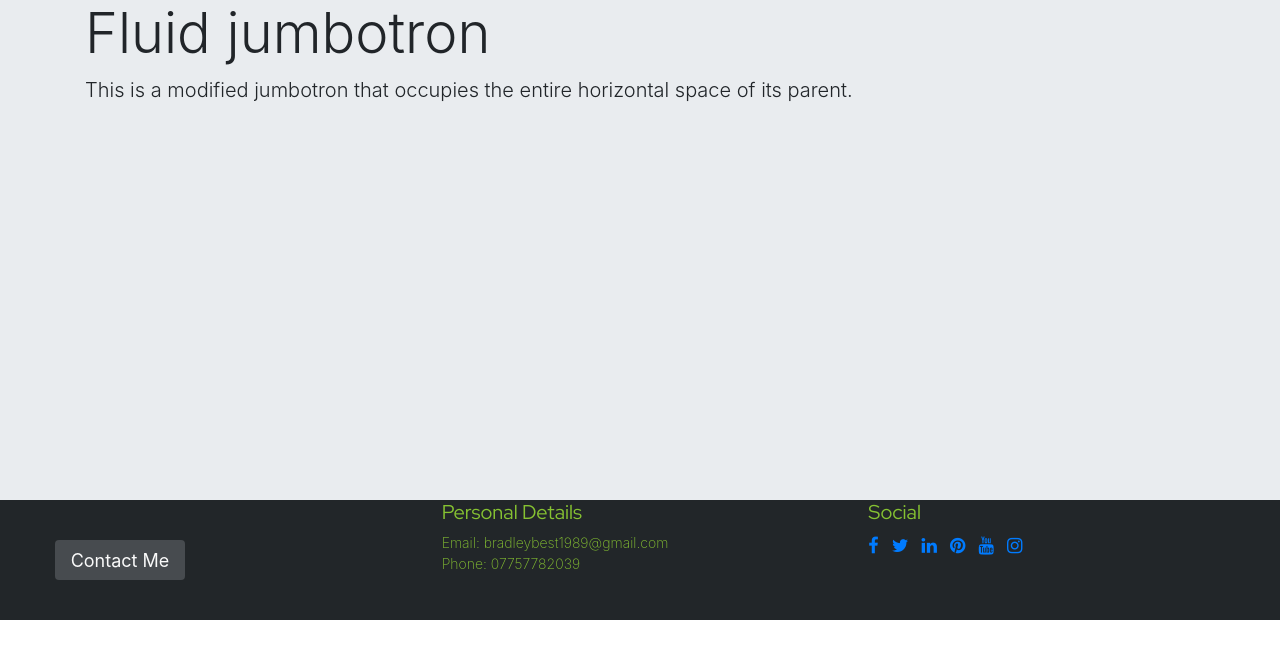
Repository: Brad000/Resume-project
Page: index.html
The author's editor kept a record of every edit. The page is drawn from the files as they stood at one moment, then again after the next edit.
The browser window is 1280 px wide. The pictures show the whole page.

Above is the page before.

After the next edit:
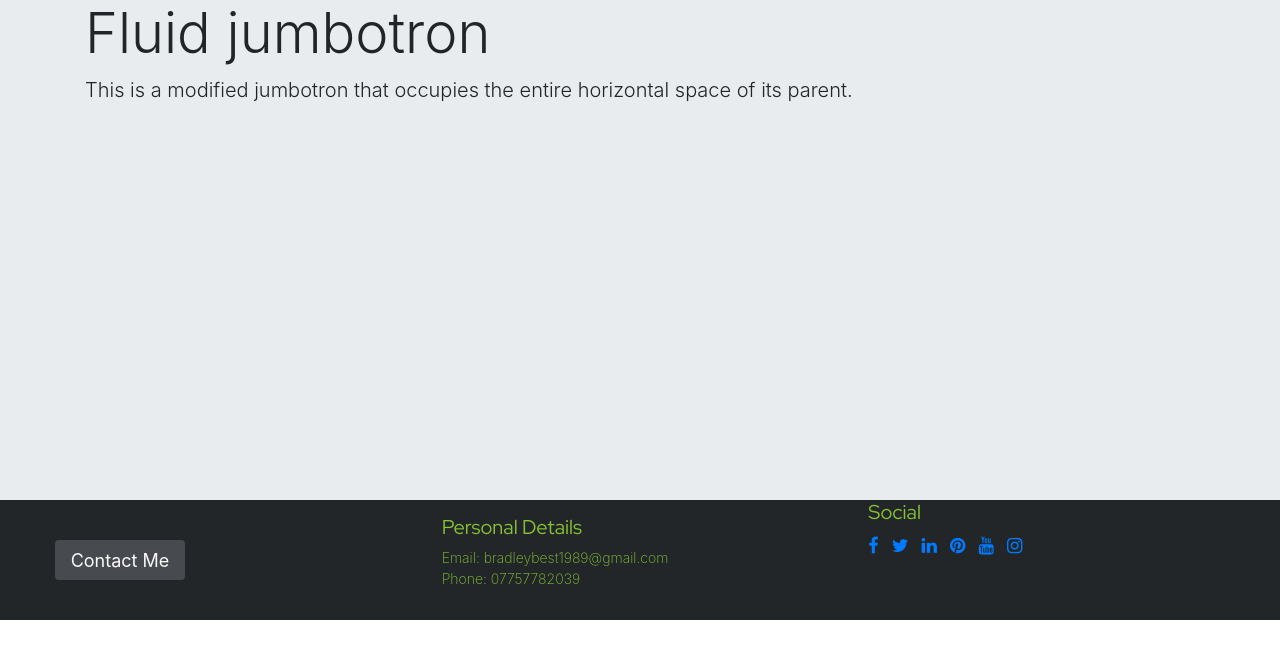
The edit:
--- a/index.html
+++ b/index.html
@@ -26,7 +26,7 @@
             <div class="col-sm-4">
                 <button type="button" class="btn btn-secondary contact-button">Contact Me</button>
             </div>
-            <div class="col-sm-4 personal-info">
+            <div class="col-sm-4 footer-headings">
                 <h5 class="sub-headings">Personal Details</h5>
                 <div class="key">
                     <p class="personal-info-text">
